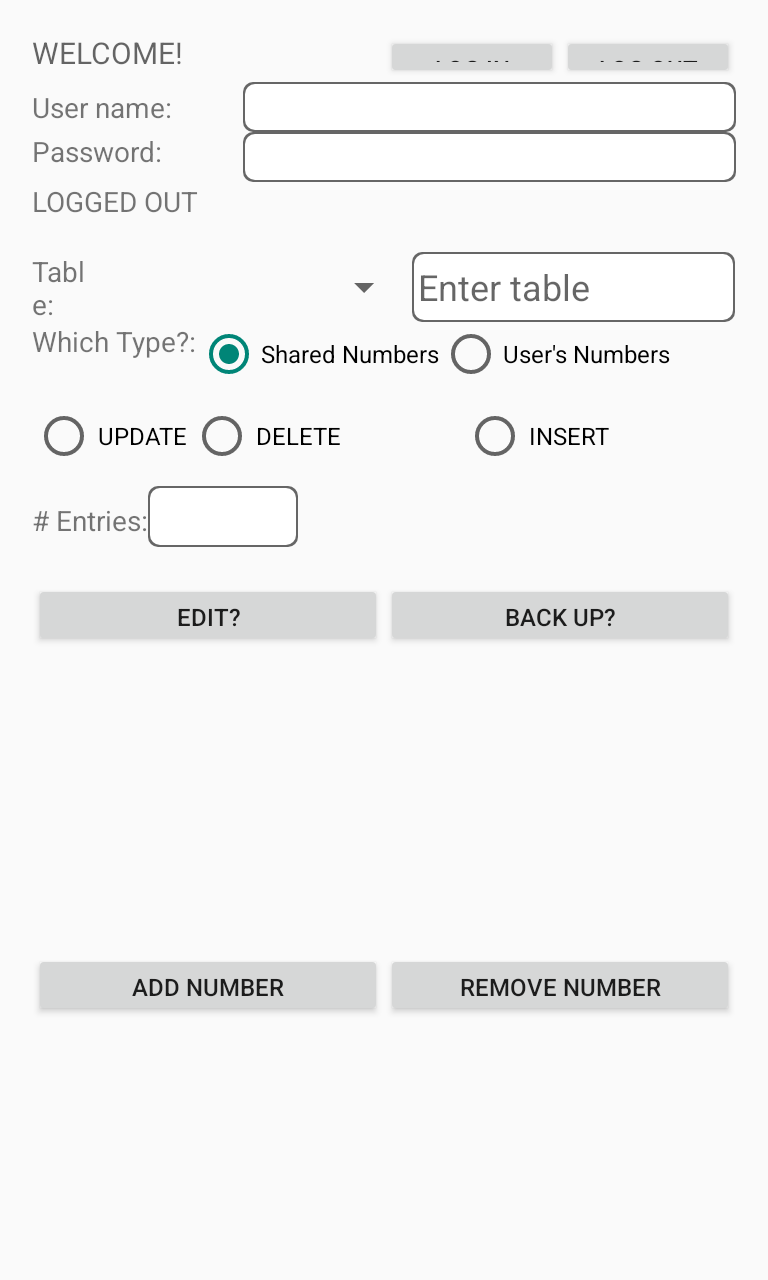
Repository: kharryman/LFQ_APP
Layout: LearnFactsQuick/res/layout/edit_numbers.xml
The author's editor kept a copy of each file at every save. The layout is drawn from the files as they stood at one save, then again after the next save.
It is drawn on a 768 x 1280 px phone screen (xhdpi) without system bars, with theme AppTheme; the app's code is not run.

Above is the layout before, as saved 2018-03-24 14:52:24.

After the next save:
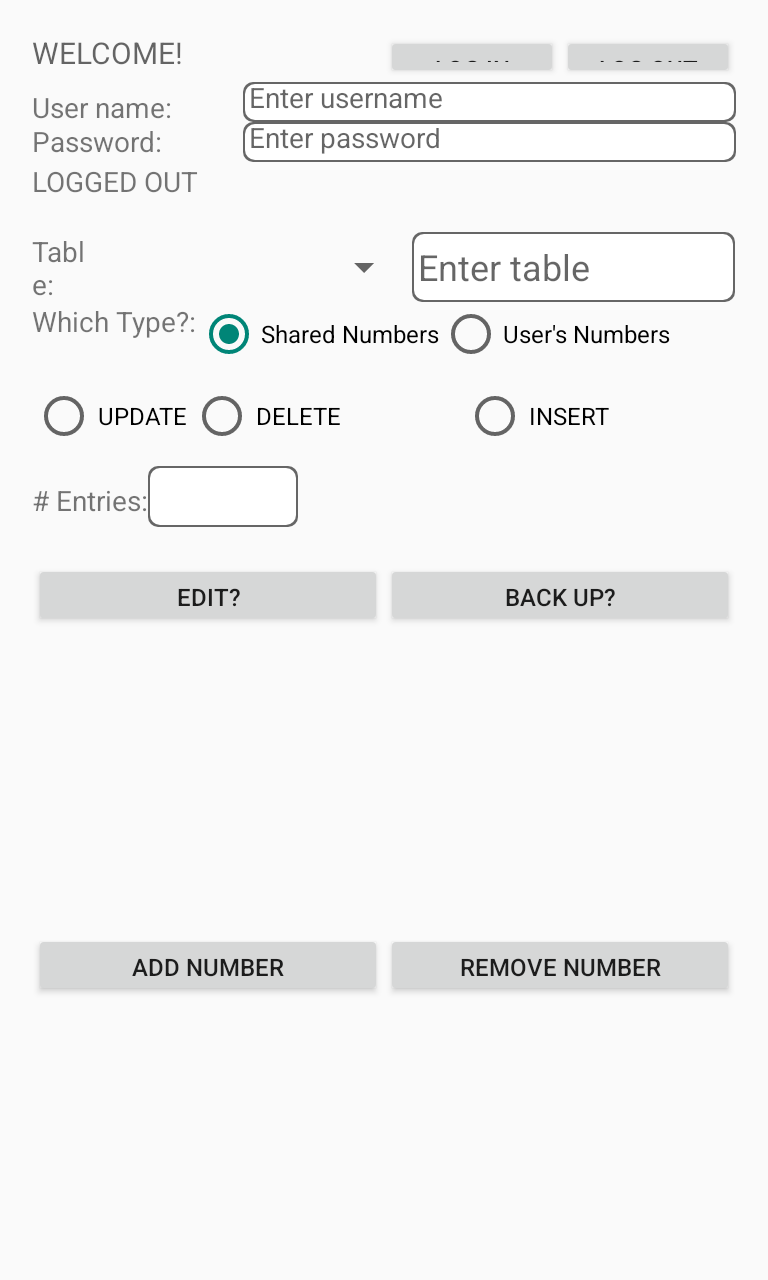
Saved 15 min 32 s later.
--- a/LearnFactsQuick/res/layout/edit_numbers.xml
+++ b/LearnFactsQuick/res/layout/edit_numbers.xml
@@ -63,7 +63,7 @@
                 <TextView
                     android:id="@+id/prompt_edit_numbers_username"
                     android:layout_width="0dp"
-                    android:layout_height="50px"
+                    android:layout_height="40px"
                     android:layout_weight="0.3"
                     android:text="User name:"
                     android:textSize="14dp" >
@@ -76,6 +76,7 @@
                     android:layout_weight="0.7"
                     android:background="@drawable/rounded_edittext"
                     android:inputType="textMultiLine"
+                    android:hint="Enter username"
                     android:maxLines="1"
                     android:textSize="14dp" >
                 </EditText>
@@ -83,7 +84,7 @@
 
             <LinearLayout
                 android:layout_width="match_parent"
-                android:layout_height="50px"
+                android:layout_height="40px"
                 android:orientation="horizontal" >
 
                 <TextView
@@ -100,6 +101,7 @@
                     android:layout_width="0dp"
                     android:layout_height="match_parent"
                     android:layout_weight="0.7"
+                    android:hint="Enter password"
                     android:background="@drawable/rounded_edittext"
                     android:inputType="textMultiLine"
                     android:maxLines="1"
